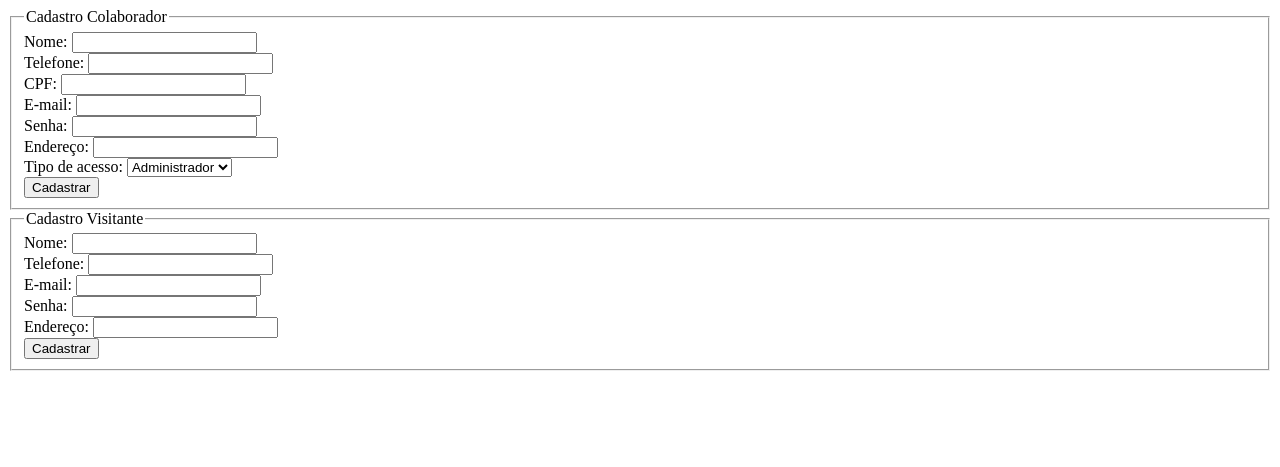
Repository: tdex/cmproject
Page: http://localhost/cmproject/
The author's editor kept a copy of each file at every save. The page is drawn from the files as they stood at one save, then again after the next save.
The browser window is 1280 px wide. The pictures show the whole page.
The page is served by Tomcat 9. Other server files are loaded and not shown.

Above is the page before, as saved 2015-06-16 16:41:59.

### codigo/cmproject/cmproject/WebContent/index.jsp
<%@ page language="java" contentType="text/html; charset=UTF-8"
	pageEncoding="UTF-8"%>
<!DOCTYPE html>
<html>
<head>
<meta charset=UTF-8>
<title>Insert title here</title>
</head>
<body>
	<form action="validaColaborador.jsp" method="get">
		<fieldset>
			<legend>Cadastro Colaborador</legend>
			<label>Nome: <input type="text" name="nome"></label><br>
			<label>Telefone: <input type="text" name="telefone"></label><br>
			<label>CPF: <input type="text" name="cpf"></label><br>
			<label>E-mail: <input type="email" name="email" required></label><br>
			<label>Senha: <input type="password" name="senha" required></label><br>
			<label>Endereço: <input type="text" name="endereco"></label><br>
			<label>Tipo de acesso:
				<select name="tipoAcesso" required>
					<option>Administrador</option>
					<option>Colaborador</option>
				</select>
			</label><br>
			<input type="submit" value="Cadastrar">
		</fieldset>
	</form>

	<form action="validaVisitante.jsp" method="get">
		<fieldset>
			<legend>Cadastro Visitante</legend>
			<label>Nome: <input type="text" name="nome"></label><br>
			<label>Telefone: <input type="text" name="telefone"></label><br>
			<label>E-mail: <input type="email" name="email"></label><br>
			<label>Senha: <input type="password" name="senha"></label><br>
			<label>Endereço: <input type="text" name="endereco"></label><br>
			<input type="submit" value="Cadastrar">
		</fieldset>
	</form>

</body>
</html>

After the next save:
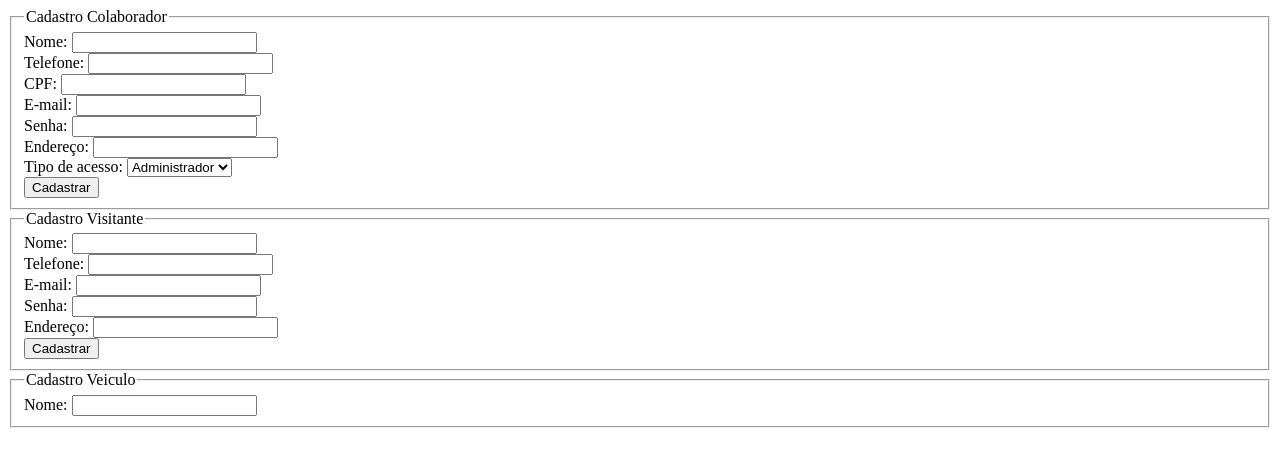
Saved 118 s later.
--- a/codigo/cmproject/cmproject/WebContent/index.jsp
+++ b/codigo/cmproject/cmproject/WebContent/index.jsp
@@ -10,7 +10,7 @@
 	<form action="validaColaborador.jsp" method="get">
 		<fieldset>
 			<legend>Cadastro Colaborador</legend>
-			<label>Nome: <input type="text" name="nome"></label><br>
+			<label>Nome: <input type="text" name="nome" required></label><br>
 			<label>Telefone: <input type="text" name="telefone"></label><br>
 			<label>CPF: <input type="text" name="cpf"></label><br>
 			<label>E-mail: <input type="email" name="email" required></label><br>
@@ -29,7 +29,7 @@
 	<form action="validaVisitante.jsp" method="get">
 		<fieldset>
 			<legend>Cadastro Visitante</legend>
-			<label>Nome: <input type="text" name="nome"></label><br>
+			<label>Nome: <input type="text" name="nome" required></label><br>
 			<label>Telefone: <input type="text" name="telefone"></label><br>
 			<label>E-mail: <input type="email" name="email"></label><br>
 			<label>Senha: <input type="password" name="senha"></label><br>
@@ -38,5 +38,11 @@
 		</fieldset>
 	</form>
 
+	<form action="validaVeiculo.jsp" method="get">
+		<fieldset>
+			<legend>Cadastro Veiculo</legend>
+			<label>Nome: <input type="text"></label>
+		</fieldset>
+	</form>
 </body>
 </html>
